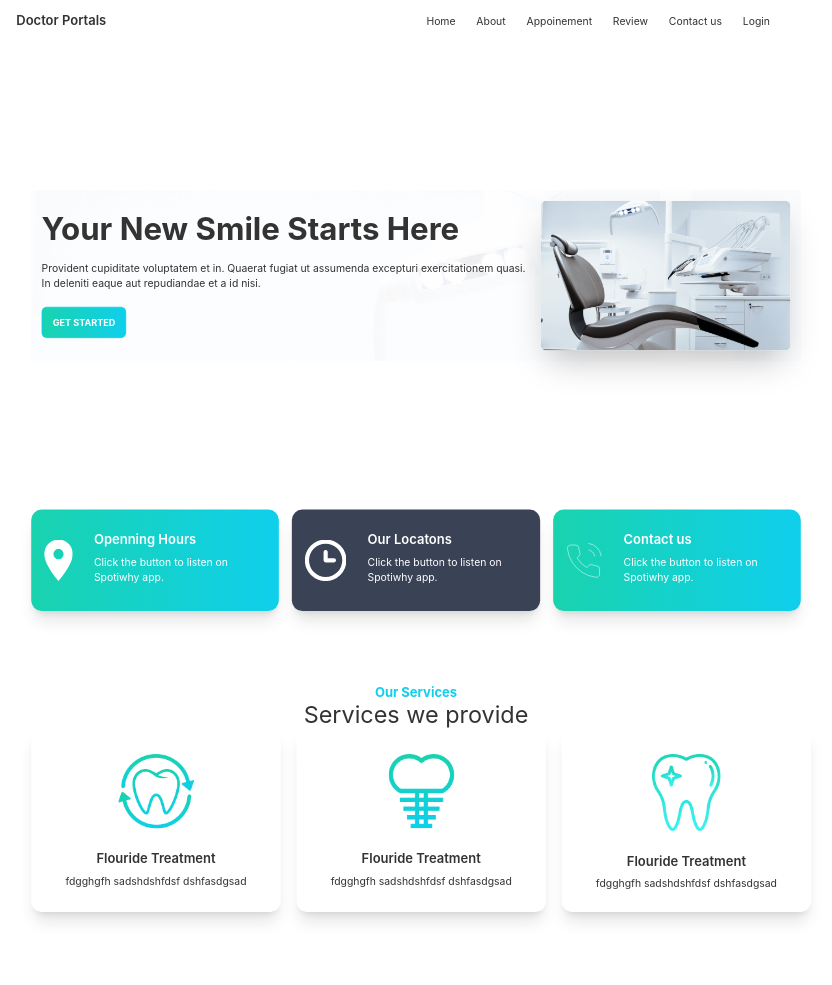
Repository: devsajid/doctors-portal-client
Page: /
These files come from the project's save history. The page is drawn as it stood at one moment and after a run of saves; the edit follows.
The browser window is 1280 px wide. The pictures show the whole page, at 65% of full size.
Backgrounds fixed to the window are drawn as part of the page. The project was rebuilt for these pictures with package versions that can differ from the ones it lists, and the page was loaded fresh each time. Also part of the build but not shown: src/App.css, src/Pages/About/About.js, src/Pages/Appoinment/Appoinment.js, src/Pages/Contact/Contact.js, src/Pages/Login/Login.js, src/Pages/Review/Review.js.

Above is the page before, as saved 2022-08-05 22:25:46.

After the next 8 saves:
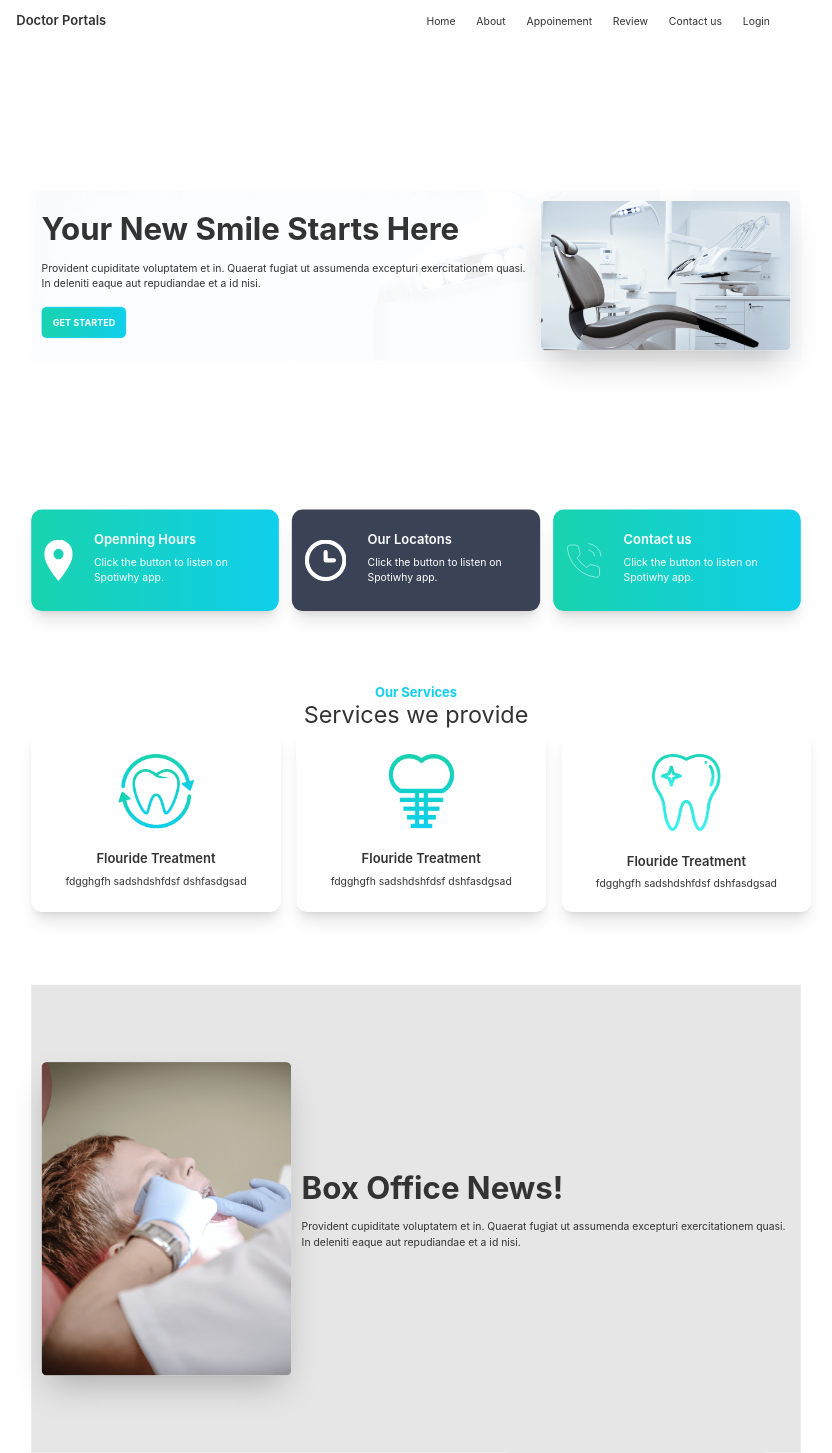
The 8 saves are shown as one change because 4 did not build or start and some came seconds apart.
The last was saved 79 s later.
--- a/src/Pages/Home/Home.js
+++ b/src/Pages/Home/Home.js
@@ -1,5 +1,6 @@
 import React from "react";
 import Services from "../Services/Services";
+import Terms from "../Terms/Terms";
 import Banner from "./Banner/Banner";
 import Info from "./Info/Info";
 
@@ -9,6 +10,7 @@ const Home = () => {
       <Banner></Banner>
       <Info></Info>
       <Services></Services>
+      <Terms></Terms>
     </div>
   );
 };
